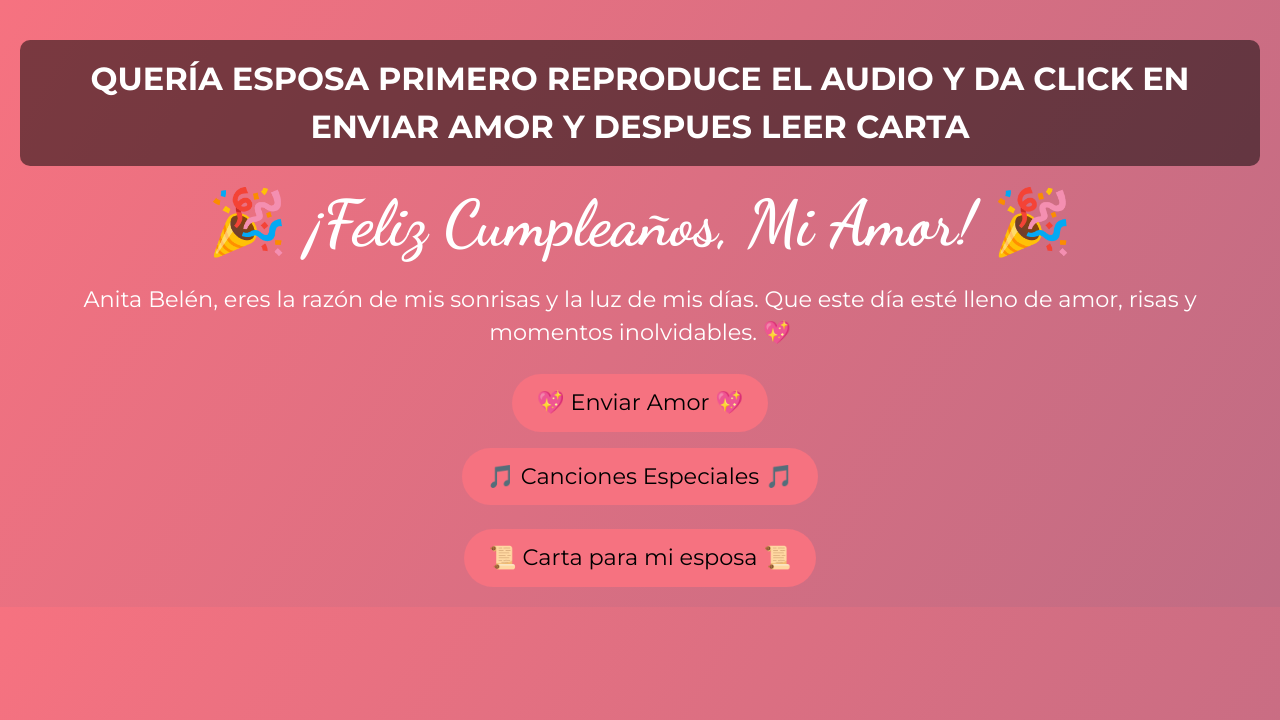
Repository: Jchimbo99/Esposa
Page: index.html
An editor plug-in stored every save of this project. The page is shown before and after the next save, followed by the edit.
The browser window is 1280 px wide. The pictures show the whole page.

Above is the page before, as saved 2025-01-24 10:44:58.

### index.html
<!DOCTYPE html>
<html lang="en">
<head>
    <meta charset="UTF-8">
    <meta name="viewport" content="width=device-width, initial-scale=1.0">
    <title>¡Feliz Cumpleaños, Amor!</title>
    <!-- Bootstrap CSS -->
    <link href="https://cdn.jsdelivr.net/npm/bootstrap@5.3.0-alpha3/dist/css/bootstrap.min.css" rel="stylesheet">
    <!-- Google Fonts -->
    <link href="https://fonts.googleapis.com/css2?family=Dancing+Script:wght@700&family=Montserrat:wght@400;700&display=swap" rel="stylesheet">
    <!-- Custom CSS -->
    <style>
        body {
            background: linear-gradient(120deg, #ff9a9e, #fad0c4);
            font-family: 'Montserrat', sans-serif;
            color: #fff;
            text-align: center;
            padding: 20px;
            animation: backgroundPulse 3s infinite alternate;
        }

        @keyframes backgroundPulse {
            0% { background: linear-gradient(120deg, #ff9a9e, #fad0c4); }
            100% { background: linear-gradient(120deg, #f67280, #c06c84); }
        }

        h1 {
            font-family: 'Dancing Script', cursive;
            font-size: 4rem;
            margin-top: 20px;
            color: #fff;
        }

        p {
            font-size: 1.4rem;
            margin: 20px 0;
        }

        .btn-custom {
            background-color: #f67280;
            border: none;
            color: black;
            padding: 12px 25px;
            font-size: 1.4rem;
            font-family: 'Montserrat', sans-serif;
            border-radius: 50px;
            transition: transform 0.3s, box-shadow 0.3s;
        }

        .btn-custom:hover {
            background-color: #c06c84;
            transform: scale(1.1);
            box-shadow: 0 4px 15px rgba(0, 0, 0, 0.2);
        }

        .video-container, #cartaContainer {
            display: none;
            margin-top: 20px;
        }

        iframe {
            width: 100%;
            max-width: 560px;
            height: 315px;
            border: none;
            margin-bottom: 20px;
            transition: transform 0.3s ease;
        }

        iframe:hover {
            transform: scale(1.05);
        }

        #carta {
            display: none;
            padding: 20px;
            background-color: #fff;
            color: #000;
            font-family: 'Dancing Script', cursive;
            border-radius: 10px;
            margin-top: 20px;
            box-shadow: 0px 4px 20px rgba(0, 0, 0, 0.1);
            animation: fadeIn 1s ease-in-out;
        }

        @keyframes fadeIn {
            0% { opacity: 0; }
            100% { opacity: 1; }
        }

        .carta p {
            font-size: 1.5rem;
            line-height: 1.6;
        }

        .carta .signature {
            font-size: 1.3rem;
            font-weight: bold;
            margin-top: 20px;
        }

        /* Reproductor de audio */
        audio {
            display: none; /* Ocultar el reproductor */
        }

        /* Estilo para el mensaje de instrucciones */
        .instructions {
            font-size: 2rem;
            font-weight: bold;
            margin-top: 20px;
            color: #fff;
            background-color: rgba(0, 0, 0, 0.5);
            padding: 15px;
            border-radius: 10px;
        }
    </style>
</head>
<body>

    <!-- Instrucciones -->
    <div class="instructions">
        QUERÍA ESPOSA PRIMERO REPRODUCE EL AUDIO Y DA CLICK EN ENVIAR AMOR Y DESPUES LEER CARTA
    </div>

    <!-- Reproductor de audio oculto -->
    <audio id="audioPlayer" preload="auto">
        <source src="/audio/Mon Laferte - Amor Completo.mp3" type="audio/mp3">
        Tu navegador no soporta el elemento de audio.
    </audio>

    <div class="container">
        <h1>🎉 ¡Feliz Cumpleaños, Mi Amor! 🎉</h1>
        <p>Anita Belén, eres la razón de mis sonrisas y la luz de mis días. Que este día esté lleno de amor, risas y momentos inolvidables. 💖</p>

        <div class="mt-4">
            <button class="btn btn-custom" onclick="playAudio()">💖 Enviar Amor 💖</button>
        </div>

        <div class="mt-3">
            <button class="btn btn-custom" onclick="toggleVideos()">🎵 Canciones Especiales 🎵</button>
        </div>

        <div id="videoContainer" class="video-container">
            <iframe width="560" height="315" src="https://www.youtube.com/embed/xvVUPGI8Kgo?si=GNEWsJaVjt3SjVSy" title="YouTube video player" frameborder="0" allow="accelerometer; autoplay; clipboard-write; encrypted-media; gyroscope; picture-in-picture; web-share" referrerpolicy="strict-origin-when-cross-origin" allowfullscreen></iframe>
            <iframe width="560" height="315" src="https://www.youtube.com/embed/nRUtraoH6Yg?si=6tFNvlgnT6he9E5Q" title="YouTube video player" frameborder="0" allow="accelerometer; autoplay; clipboard-write; encrypted-media; gyroscope; picture-in-picture; web-share" referrerpolicy="strict-origin-when-cross-origin" allowfullscreen></iframe>
        </div>

        <!-- Nuevo botón para abrir la carta -->
        <div class="mt-4">
            <button class="btn btn-custom" onclick="toggleCarta()">📜 Carta para mi esposa 📜</button>
        </div>

        <!-- Contenedor de la carta -->
        <div id="cartaContainer">
            <div id="carta" class="carta">
                <p>Mi amor,</p>
                <p>Querida Anita Belén:</p>
                <p>Hoy, en el día de tu cumpleaños, quiero escribirte desde lo más profundo de mi corazón, porque no hay palabras suficientes para describir cuánto significas para mí. Eres mucho más que mi esposa; eres mi compañera de vida, mi apoyo incondicional y el mayor regalo que Dios me ha dado.</p>
                <p>Quiero agradecerte, mi amor, por ser esa mujer increíble que nunca deja de sorprenderme con su bondad, su paciencia y su fortaleza. Por cada sonrisa que me regalas, por cada palabra de aliento y por cada vez que me demuestras que el amor verdadero existe. En cada día de nuestra vida juntos, tú has sido mi razón para seguir adelante, incluso cuando la vida me pone retos.</p>
                <p>Gracias, Anita Belén, por cuidarme con tanto amor y dedicación, especialmente en los momentos difíciles. Por esas noches en las que velas por mí, por tus manos que me sostienen, por tu corazón lleno de amor que nunca se cansa de dar. Tu cariño es mi mayor bendición, y en tus ojos encuentro la paz que necesito para enfrentar cualquier cosa.</p>
                <p>Hoy, en tu día, le pido a Dios que te llene de salud, alegría y muchos años más de vida. Que cada sonrisa tuya se multiplique, que cada deseo de tu corazón se cumpla, y que todas las bendiciones que me das se te devuelvan al triple. Porque si alguien merece ser feliz, eres tú, mi reina.</p>
                <p>Quiero que sepas que, aunque no siempre pueda expresarlo como quisiera, cada día te amo más. Eres mi todo, mi motivo, mi milagro. Hoy celebro tu vida, y le doy gracias a Dios por permitirme compartirla contigo.</p>
                <p>Te amo con todo mi corazón. ¡Feliz cumpleaños, mi hermosa Anita Belén!</p>
                <p class="signature">Con todo mi amor, <br>RUEDITAS</p>
            </div>
        </div>

    </div>

    <!-- Bootstrap JS -->
    <script src="https://cdn.jsdelivr.net/npm/bootstrap@5.3.0-alpha3/dist/js/bootstrap.bundle.min.js"></script>
    <!-- Custom JavaScript -->
    <script>
        const phrases = [
            "Eres mi sol en días nublados ☀️",
            "Te amo más de lo que las palabras pueden decir ❤️",
            "Gracias por hacer mi vida tan especial 🌟",
            "Eres el sueño del que nunca quiero despertar 💕",
            "Hoy celebramos el regalo más hermoso: tú 🎁"
        ];

        function toggleHeartsAndPhrases() {
            const body = document.body;

            // Evitar que se agreguen más corazones y frases si ya están en pantalla
            if (document.querySelectorAll('.heart').length === 0) {
                for (let i = 0; i < 20; i++) {
                    const heart = document.createElement('div');
                    heart.className = 'heart';
                    heart.innerHTML = '❤️';
                    heart.style.left = Math.random() * 100 + 'vw';
                    heart.style.fontSize = Math.random() * 1.5 + 1 + 'rem';
                    heart.style.animationDelay = Math.random() * 2 + 's';
                    body.appendChild(heart);

                    const phrase = document.createElement('div');
                    phrase.className = 'phrase';
                    phrase.innerHTML = phrases[Math.floor(Math.random() * phrases.length)];
                    phrase.style.left = Math.random() * 100 + 'vw';
                    phrase.style.animationDelay = Math.random() * 2 + 's';
                    body.appendChild(phrase);
                }
            }
        }

        function toggleVideos() {
            const videoContainer = document.getElementById('videoContainer');
            videoContainer.style.display = (videoContainer.style.display === 'none' || videoContainer.style.display === '') ? 'block' : 'none';
        }

        function toggleCarta() {
            const cartaContainer = document.getElementById('cartaContainer');
            const carta = document.getElementById('carta');

            if (cartaContainer.style.display === 'block') {
                cartaContainer.style.display = 'none';
                carta.style.display = 'none';
            } else {
                cartaContainer.style.display = 'block';
                setTimeout(() => {
                    carta.style.display = 'block';
                }, 200);
            }
        }

        // Función para reproducir el audio cuando se hace clic
        function playAudio() {
            const audio = document.getElementById('audioPlayer');
            audio.play();
        }
    </script>
</body>
</html>

After the next save:
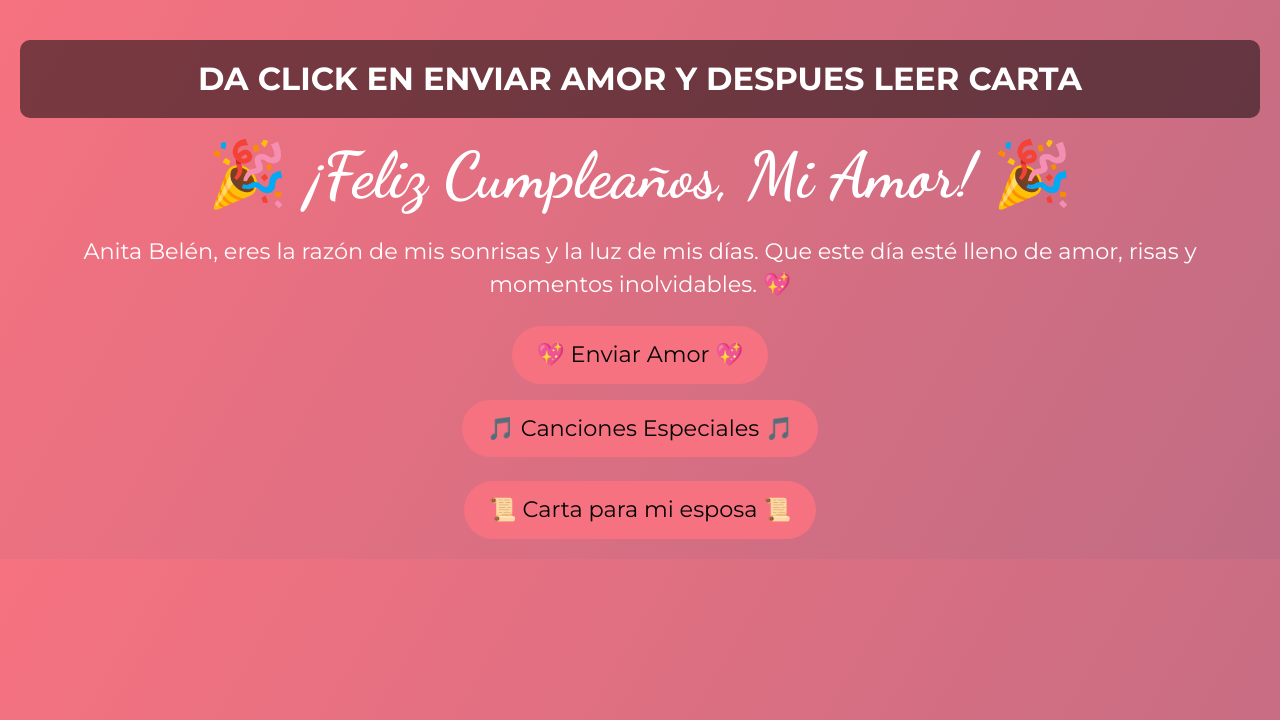
Saved 49 s later.
--- a/index.html
+++ b/index.html
@@ -120,7 +120,7 @@
 
     <!-- Instrucciones -->
     <div class="instructions">
-        QUERÍA ESPOSA PRIMERO REPRODUCE EL AUDIO Y DA CLICK EN ENVIAR AMOR Y DESPUES LEER CARTA
+        DA CLICK EN ENVIAR AMOR Y DESPUES LEER CARTA
     </div>
 
     <!-- Reproductor de audio oculto -->
